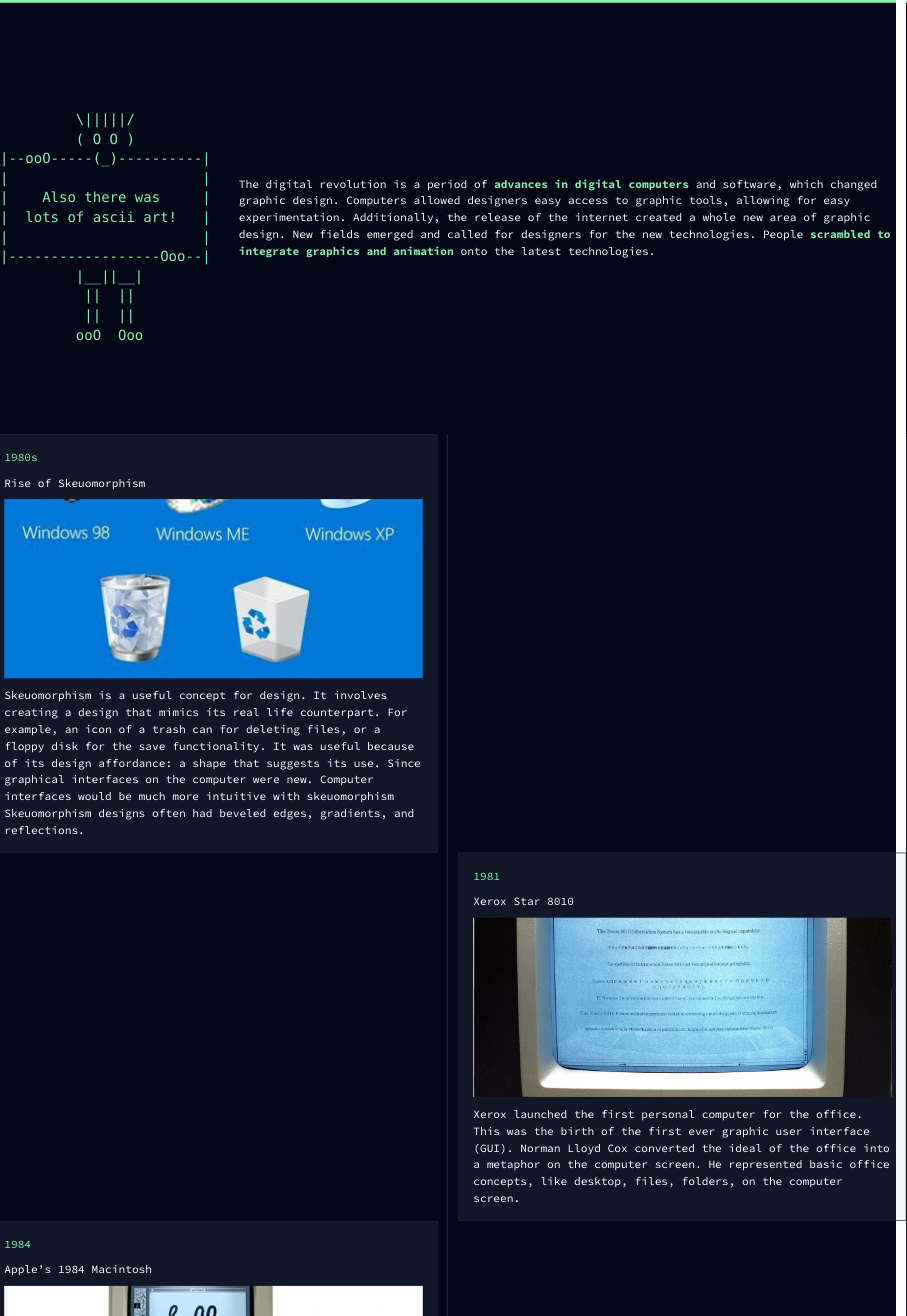
Repository: kayla-lin/graphic-design-timeline
Page: /
These files come from the project's save history. The page is drawn as it stood at one moment and after the next save; the edit follows.
The browser window is 1280 px wide. The page is 1295 px wide, so the pictures cover 1295 px, including what lies to the right of the window. The pictures show the part of the page from y = 0 to 1880 px (the page is 13722 px tall before and 14442 px after), at 70% of full size.
The project was rebuilt for these pictures with package versions that can differ from the ones it lists, and the page was loaded fresh each time. The framework's server and built-in components were replaced by stand-ins that run in the browser. Also part of the build but not shown: next.config.js.

Above is the page before, as saved 2023-05-01 23:40:11.

After the next save:
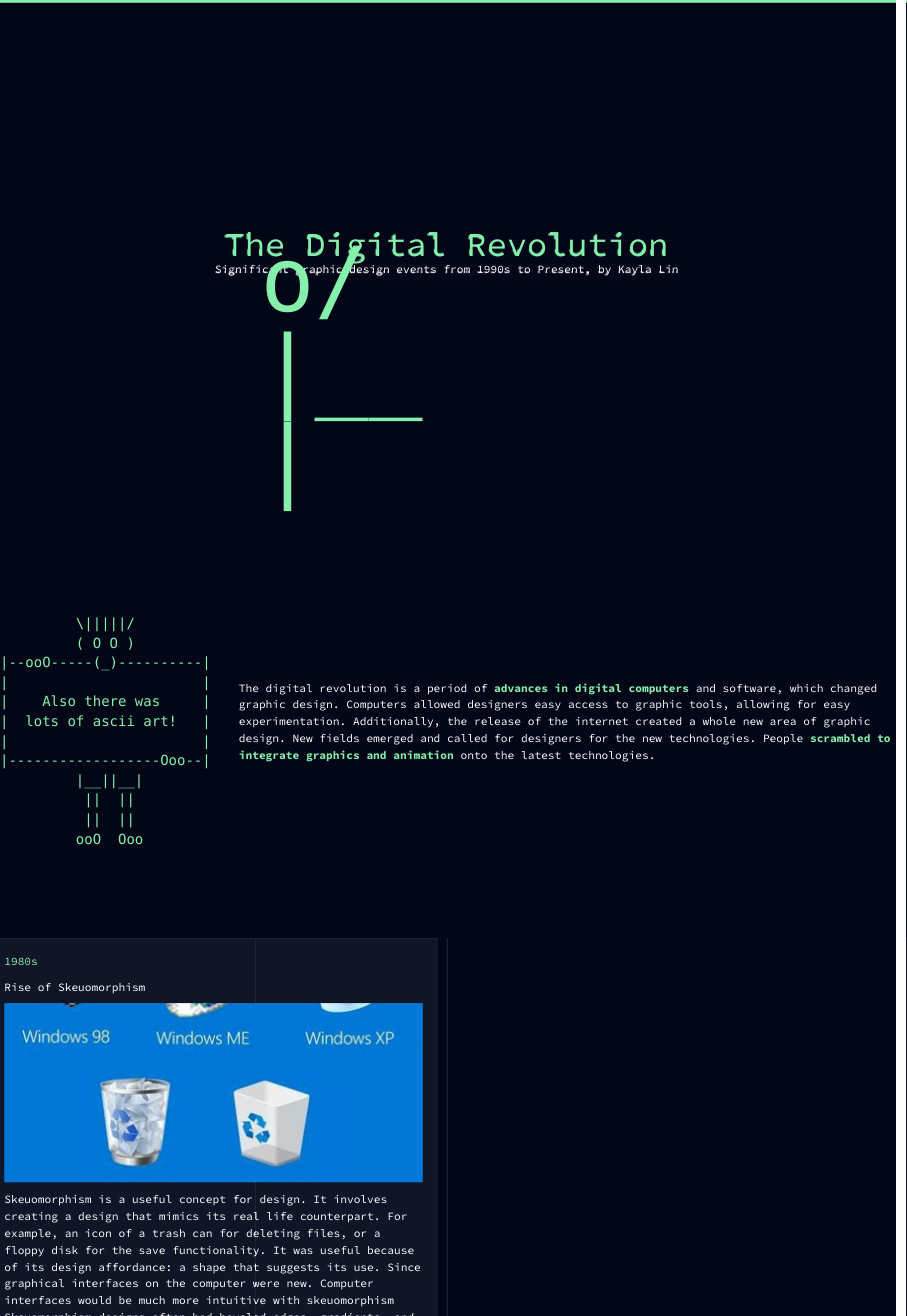
Saved 20 s later.
--- a/pages/index.tsx
+++ b/pages/index.tsx
@@ -1,11 +1,12 @@
 /* eslint-disable @next/next/no-sync-scripts */
 import { Source_Code_Pro } from "next/font/google";
-import Introduction from "./components/Introduction";
+import Hero from "./components/Hero";
 import TimelineElement from "./components/TimelineElement";
 import Timeline from "./components/Timeline";
 import ProgressBar from "./components/ProgressBar";
 import Script from "next/script";
 import Head from "next/head";
+import Introduction from "./components/Introduction";
 
 const source = Source_Code_Pro({ subsets: ["latin"] });
 
@@ -17,6 +18,7 @@
       </Head>
       <main className={`${source.className} bg-slate-950 pb-64`}>
         <ProgressBar />
+        <Hero />
         <Introduction />
         <Timeline>
           <TimelineElement
